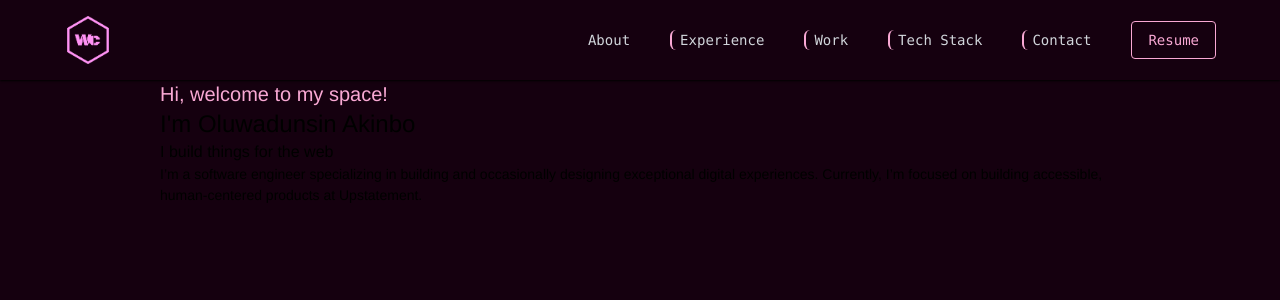
Repository: EmmyDunny1/myPortfolio
Page: / (app in MyPortfolio/)
An editor plug-in stored every save of this project. The page is shown before and after a run of saves, followed by the edit.
The browser window is 1280 px wide. The pictures show the whole page.
The project was rebuilt for these pictures with package versions that can differ from the ones it lists, and the page was loaded fresh each time. Also part of the build but not shown: MyPortfolio/vite.config.js.

Above is the page before, as saved 2025-01-13 10:41:26.

### MyPortfolio/index.html
<!doctype html>
<html lang="en">
  <head>
    <meta charset="UTF-8" />
    <link rel="icon" type="image/svg+xml" href="/vite.svg" />
    <meta name="viewport" content="width=device-width, initial-scale=1.0" />
    <title>My Portfolio Website</title>
  </head>
  <body>
    <div id="root"></div>
    <script type="module" src="/src/main.jsx"></script>
  </body>
</html>

### MyPortfolio/src/index.css
@tailwind base;
@tailwind components;
@tailwind utilities;


body{

    max-width: 90rem;
  /* margin-left: 2rem;
  margin-right: 2rem; */
  background:   rgb(21, 0, 15);
  font-family: "Helvetica Neue";
  }

  img {
    width: 12rem;
    height: 7rem;
  }

  p{ font-size: 14px

  }

### MyPortfolio/src/App.jsx
import React from 'react'
import Navbar from './components/Navbar'
import HeroSection from './components/HeroSection'
const App = () => {
  return (
    <div>
    <div className=''> <Navbar/> </div>
    <div className='mt-[5rem]'><HeroSection/> </div>

    </div>
  )
}

export default App

### MyPortfolio/src/components/Navbar.jsx
import React from 'react'
import WEBCANIC from '../assets/WEBCANIC.png'

const Navbar = () => {
  return (
    <nav className="fixed top-0 left-0 w-full bg-dark-navy shadow-sm  shadow-black text-gray-300 z-10">
    <div className=" flex items-center justify-between py-4 mx-[4rem]">
      <div className="flex items-center">

          <img src={WEBCANIC} className='h-[3rem] w-[3rem]' alt="" />

      </div>
      <div className="flex items-center space-x-8 ">
        <a
          href="#about"
          className="hover:text-green text-sm font-mono  border-solid border-pink-300 rounded-md px-2 ">
          <div>  </div>  About
        </a>
        <a
          href="#experience"
          className="hover:text-green text-sm font-mono border-l-2 border-solid border-pink-300 rounded-md px-2">
           Experience
        </a>
        <a
          href="#work"
          className="hover:text-green text-sm font-mono border-l-2 border-solid border-pink-300 rounded-md px-2">
           Work
        </a>
        <a
          href="#work"
          className="hover:text-green text-sm font-mono border-l-2 border-solid border-pink-300 rounded-md px-2">
           Tech Stack
        </a>
        <a
          href="#contact"
          className="hover:text-green text-sm font-mono border-l-2 border-solid border-pink-300 rounded-md px-2">
           Contact
        </a>
        <a
          href="/resume.pdf"
          download
          className="border border-green text-pink-300 px-4 py-2 rounded text-sm font-mono hover:bg-green hover:text-dark-navy hover:shadow-sm hover:shadow-gray-300 hover:border-gray-300 hover:text-gray-300 transition border-pink-300">
          Resume
        </a>
      </div>
    </div>
  </nav>
  )
}

export default Navbar

### MyPortfolio/src/components/HeroSection.jsx
import React from 'react'

const HeroSection = () => {
  return (
    <div className='block mx-[10rem] '>

      <div className=''>
        <span className='text-pink-300 text-xl'>Hi, welcome to my space!</span>
        <h1 className='text-2xl '>I'm Oluwadunsin Akinbo</h1>
        <h2>I build things for the web</h2>

        <p>I’m a software engineer specializing in building and occasionally designing exceptional digital experiences. Currently, I’m focused on building accessible, human-centered products at Upstatement.</p>


      </div>

    </div>
  )
}

export default HeroSection

Loaded but not shown: MyPortfolio/src/main.jsx (common file); MyPortfolio/tailwind.config.js (common file)

After the next 4 saves:
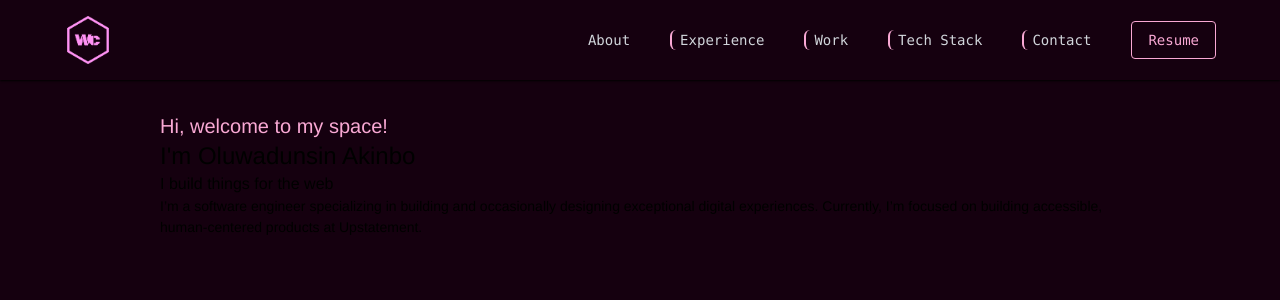
The 4 saves are shown as one change because they came seconds apart.
The last was saved 44 s later.
--- a/MyPortfolio/src/App.jsx
+++ b/MyPortfolio/src/App.jsx
@@ -5,7 +5,7 @@
   return (
     <div>
     <div className=''> <Navbar/> </div>
-    <div className='mt-[5rem]'><HeroSection/> </div>
+    <div className='mt-[7rem]'><HeroSection/> </div>
 
     </div>
   )
